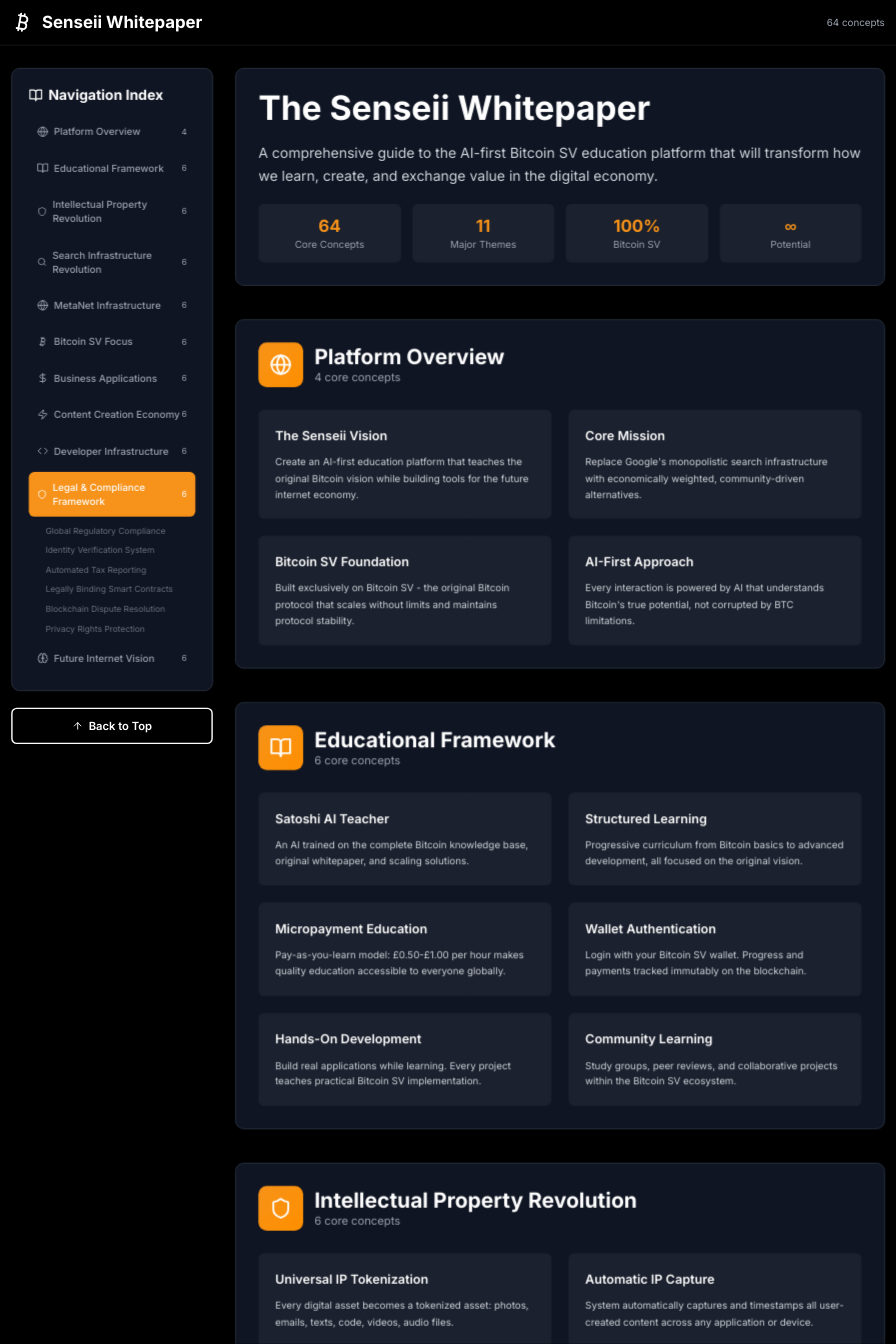
Repository: b0ase/senseii
Page: /whitepaper
The author's editor kept a copy of each file at every save. The page is drawn from the files as they stood at one save, then again after the next save.
The browser window is 1280 px wide. The pictures show the part of the page from y = 0 to 1920 px (the page is 7926 px tall), at 70% of full size.
The project was rebuilt for these pictures with package versions that can differ from the ones it lists, and the page was loaded fresh each time. The framework's server and built-in components were replaced by stand-ins that run in the browser. Also part of the build but not shown: next.config.js.

Above is the page before, as saved 2025-06-06 21:41:41.

After the next save:
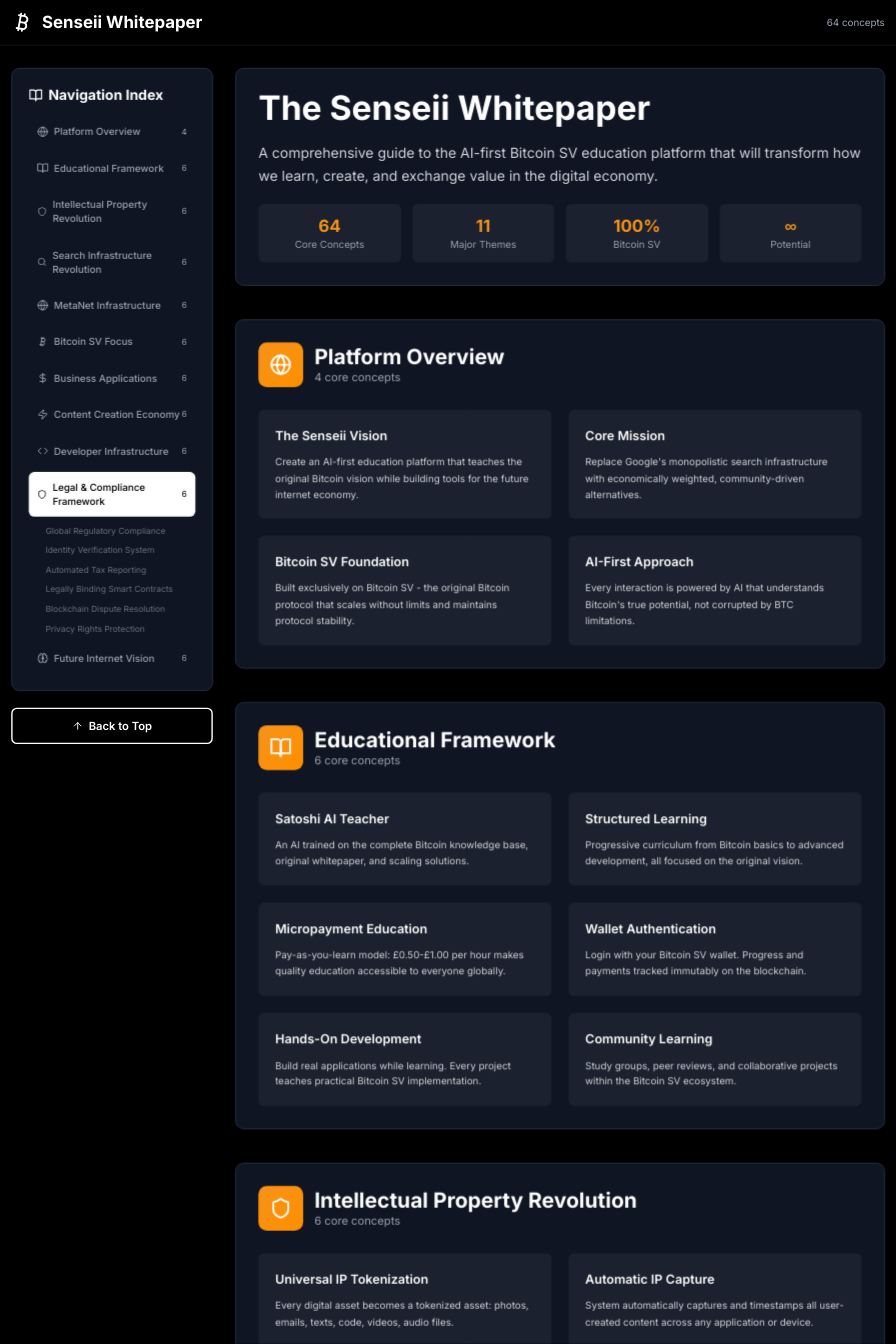
Saved 2 min 57 s later.
--- a/app/whitepaper/page.tsx
+++ b/app/whitepaper/page.tsx
@@ -474,7 +474,7 @@
                         onClick={() => scrollToSection(section.id)}
                         className={`w-full text-left p-3 rounded-lg transition-all duration-300 flex items-center ${
                           activeSection === section.id
-                            ? 'bg-bitcoin-orange text-white'
+                            ? 'bg-white text-black'
                             : 'text-gray-400 hover:text-white hover:bg-white/10'
                         }`}
                       >
